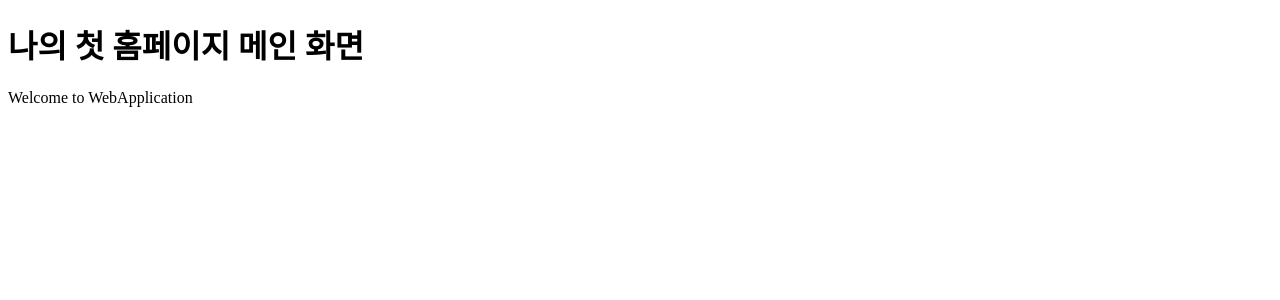
Repository: Jiwon-cho/WASPractice
Page: 01_basicservlet/web/index.html
The author's editor kept a copy of each file at every save. The page is drawn from the files as they stood at one save, then again after the next save.
The browser window is 1280 px wide. The pictures show the whole page.

Above is the page before, as saved 2021-04-29 09:11:42.

### 01_basicservlet/web/index.html
<!DOCTYPE html>
<html>
<head>
<meta charset="UTF-8">
<title>나의 첫 서버 페이지</title>
</head>
<body>
	<h1>나의 첫 홈페이지 메인 화면</h1>
	<p>Welcome to WebApplication</p>


</body>
</html>

After the next save:
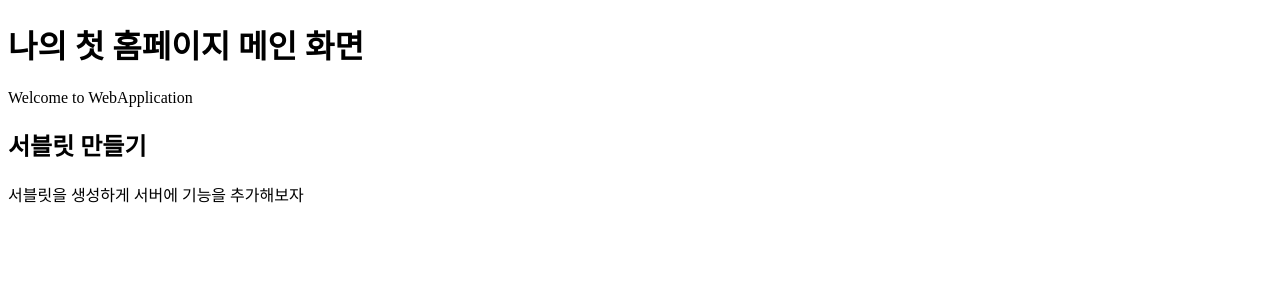
Saved 95 min 42 s later.
--- a/01_basicservlet/web/index.html
+++ b/01_basicservlet/web/index.html
@@ -7,6 +7,8 @@
 <body>
 	<h1>나의 첫 홈페이지 메인 화면</h1>
 	<p>Welcome to WebApplication</p>
+	<h2>서블릿 만들기</h2>
+	<p>서블릿을 생성하게 서버에 기능을 추가해보자</p>
 
 
 </body>
